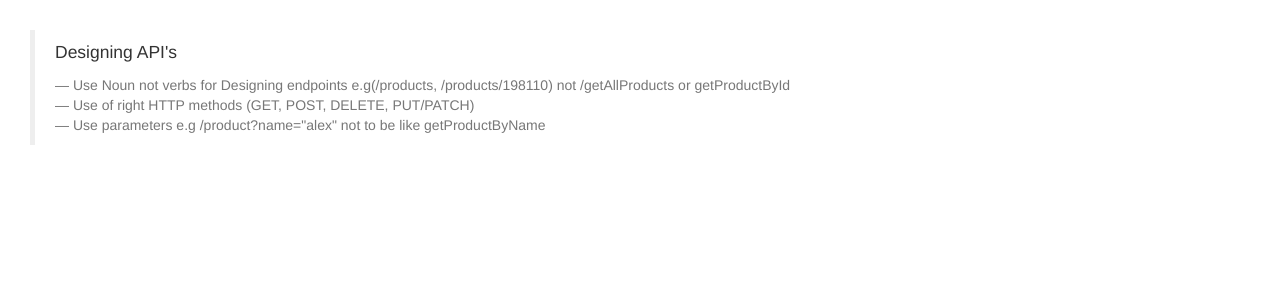
Repository: rahil001/preparation
Page: javascriptPrac/ApiDesign.html
These files come from the project's save history. The page is drawn as it stood at one moment and after the next save; the edit follows.
The browser window is 1280 px wide. The pictures show the whole page.

Above is the page before, as saved 2019-10-29 22:31:57.

After the next save:
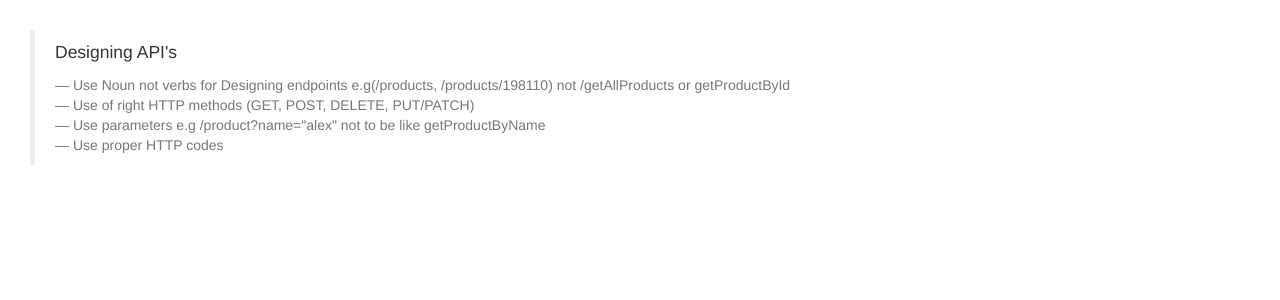
Saved 33 s later.
--- a/javascriptPrac/ApiDesign.html
+++ b/javascriptPrac/ApiDesign.html
@@ -23,6 +23,7 @@
         <footer class="blockquote-footer">Use Noun not verbs for Designing endpoints e.g(/products, /products/198110) not /getAllProducts or getProductById</footer>
         <footer class="blockquote-footer">Use of right HTTP methods (GET, POST, DELETE, PUT/PATCH)</footer>
         <footer class="blockquote-footer">Use parameters e.g /product?name="alex" not to be like getProductByName</footer>
+        <footer class="blockquote-footer">Use proper HTTP codes</footer>
     </blockquote>
 </div>
 <script src="app.js"></script>
